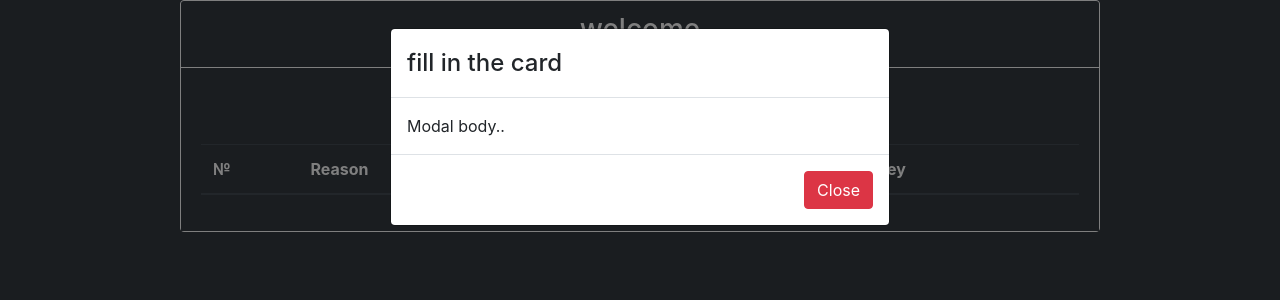
Repository: surefaceJS/allMyWorkInaliLinux
Page: hardcha/index.html
These files come from the project's save history. The page is drawn as it stood at one moment and after the next save; the edit follows.
The browser window is 1280 px wide. The pictures show the whole page.

Above is the page before, as saved 2021-04-19 12:25:55.

### hardcha/index.html
<!DOCTYPE html>
<html lang="en">

<head>
    <meta charset="UTF-8">
    <meta http-equiv="X-UA-Compatible" content="IE=edge">
    <meta name="viewport" content="width=device-width, initial-scale=1.0">
    <title>ReadyWebPage</title>
    <link rel="stylesheet" href="css/bootstrap.css">
    <link rel="stylesheet" href="fontawesome-free-5.15.2-web/css/all.min.css">
    <link rel="stylesheet" href="css/main.css">
</head>

<body class="bg-dark">


    <div class="container">



        <!-- The Modal -->
        <div class="modal" id="myModal">
            <div class="modal-dialog">
                <div class="modal-content">

                    <!-- Modal Header -->
                    <div class="modal-header">
                        <h4 class="modal-title">fill in the card</h4>

                    </div>

                    <!-- Modal body -->
                    <div class="modal-body">
                        Modal body..
                    </div>

                    <!-- Modal footer -->
                    <div class="modal-footer">
                        <button type="button" class="btn btn-danger" data-dismiss="modal">Close</button>
                    </div>

                </div>
            </div>
        </div>

        <div class="row">
            <div class="col-10 m-auto">
                <div class="card border-white">

                    <div class="card-header border-white bg-dark text-white text-center">
                        <h3>welcome <span id="pushName"></span> </h3>
                    </div>
                    <div class="card-body bg bg-dark">
                        <h1 class="text-danger text-center text-uppercase font-intel-bold" id="pushMonay"><span class="text-white">$</span></h1>

                        <table class="table table-dark table-hover table-striped">
                            <thead>
                                <tr>
                                    <th>№</th>
                                    <th>Reason</th>
                                    <th>Spend Money</th>
                                    <th>Type Money</th>
                                </tr>
                            </thead>
                            <tbody id="result"></tbody>
                        </table>
                    </div>

                </div>
            </div>
        </div>
    </div>

    <script src="js/jquery-3.3.1.slim.min.js"></script>
    <script src="js/popper.min.js"></script>
    <script src="js/bootstrap.js"></script>
    <script src="js/app.js"></script>
</body>

### hardcha/css/main.css
/*********************  FONTS STYLE *************************/
@font-face {
  font-family: "Inter-Bold";
  src: url("../asssets/fonts/Inter/Inter-Bold.ttf") format("truetype"); }
@font-face {
  font-family: "Inter-Regular";
  src: url("../asssets/fonts/Inter/Inter-Regular.ttf") format("truetype"); }
@font-face {
  font-family: "Inter-Light";
  src: url("../asssets/fonts/Inter/Inter-Light.ttf") format("truetype"); }
@font-face {
  font-family: "Inter-SemiBold";
  src: url("../asssets/fonts/Inter/Inter-SemiBold.ttf") format("truetype"); }
.font-intel-bold {
  font-family: "Inter-Bold", sans-serif; }

.font-intel-regular {
  font-family: "Inter-Regular", sans-serif; }

.font-intel-light {
  font-family: "Inter-Light", sans-serif; }

.font-inter-semi-bold {
  font-family: "Inter-SemiBold", sans-serif; }

/*# sourceMappingURL=main.css.map */

### hardcha/js/app.js
$(document).ready(function() {
    $('#myModal').modal('show');
});

Loaded but not shown: hardcha/css/bootstrap.css (library); hardcha/fontawesome-free-5.15.2-web/css/all.min.css (library); hardcha/js/jquery-3.3.1.slim.min.js (library); hardcha/js/popper.min.js (library); hardcha/js/bootstrap.js (library)

After the next save:
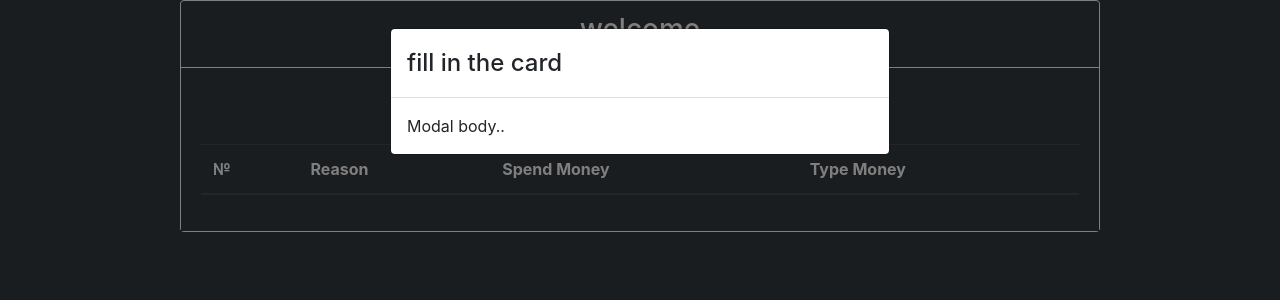
Saved 8 s later.
--- a/hardcha/index.html
+++ b/hardcha/index.html
@@ -34,10 +34,7 @@
                         Modal body..
                     </div>
 
-                    <!-- Modal footer -->
-                    <div class="modal-footer">
-                        <button type="button" class="btn btn-danger" data-dismiss="modal">Close</button>
-                    </div>
+
 
                 </div>
             </div>
